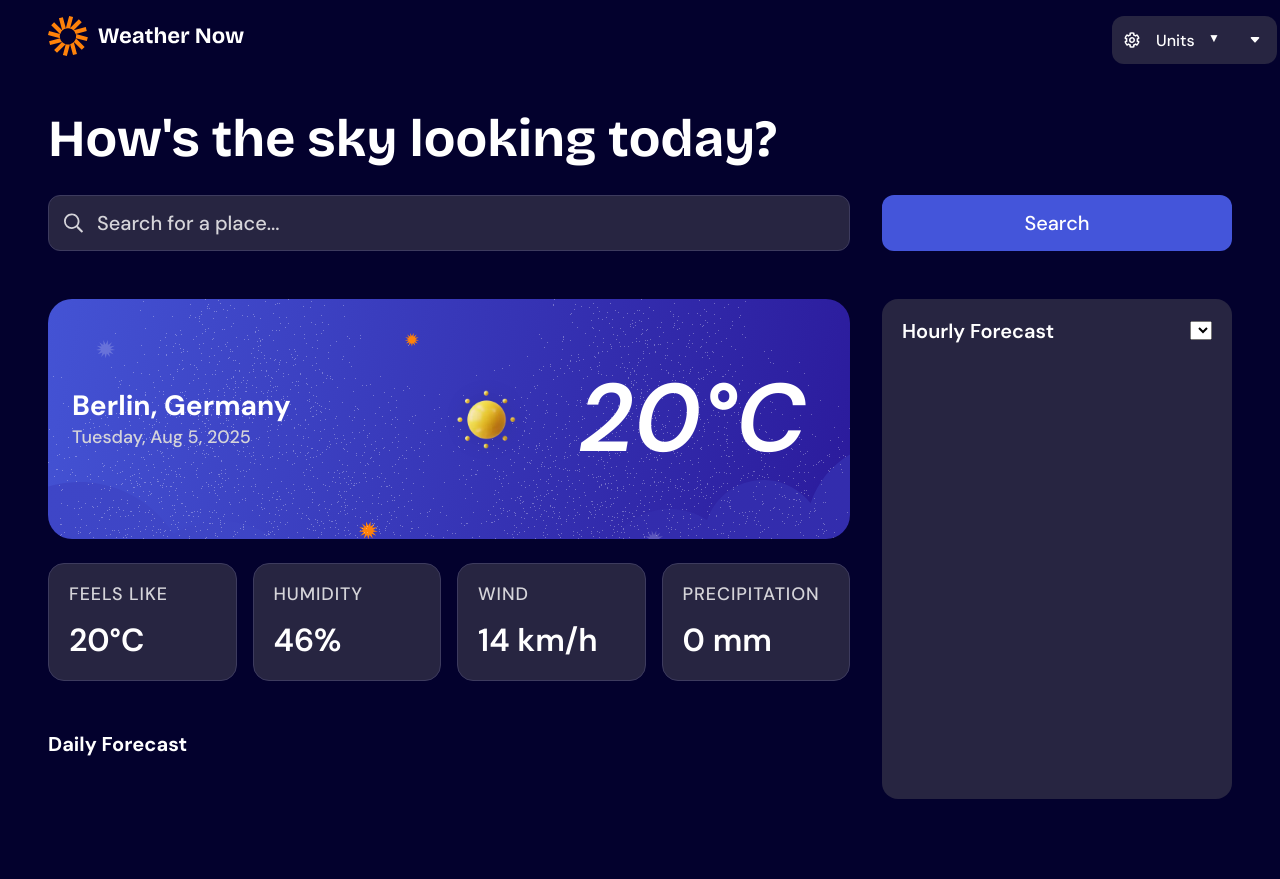
Repository: MKwaak/weather-app-main
Page: index.html
The author's editor kept a copy of each file at every save. The page is drawn from the files as they stood at one save, then again after the next save.
The browser window is 1280 px wide. The pictures show the whole page.
The page's requests for data from a server got no answer.

Above is the page before, as saved 2026-02-01 14:18:38.

After the next save:
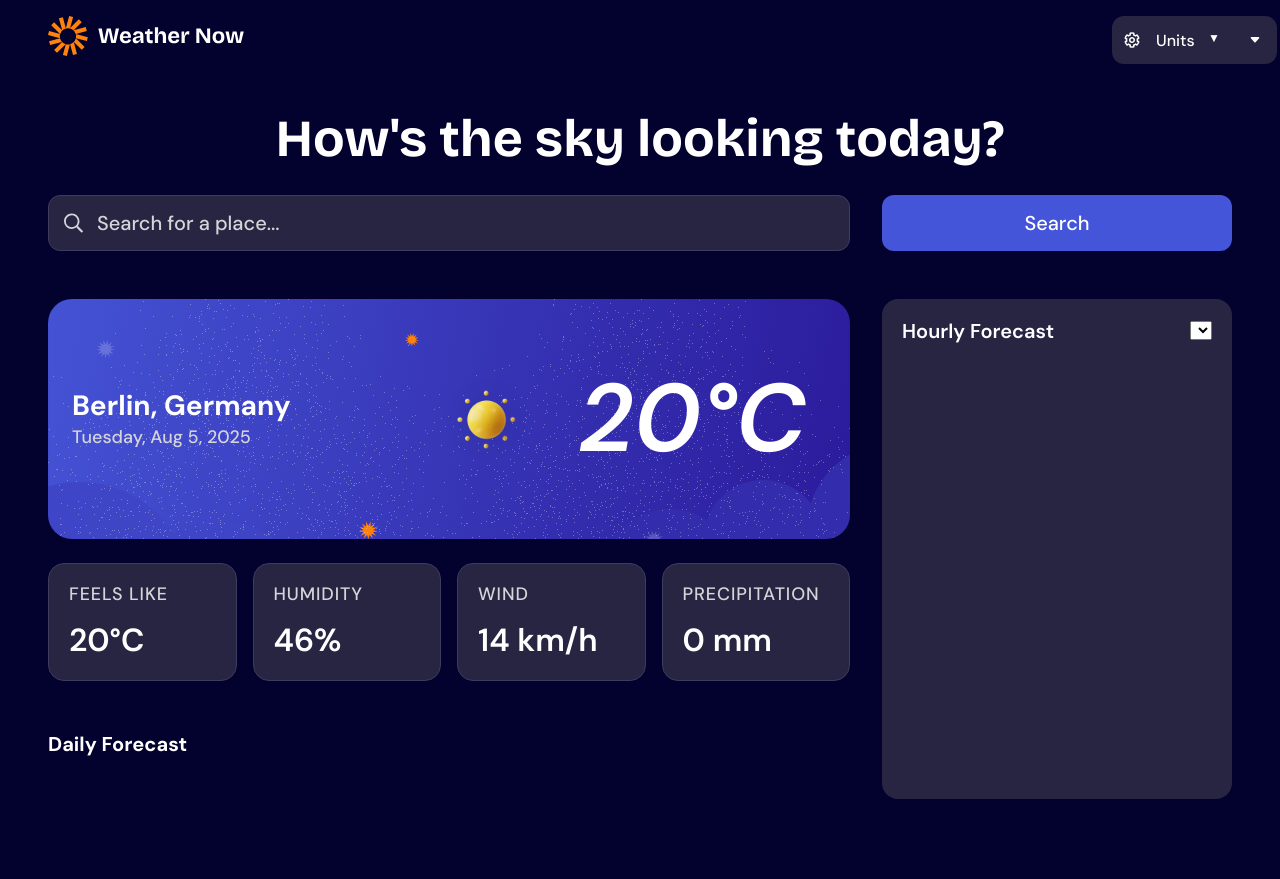
Saved 2 min 9 s later.
--- a/style.css
+++ b/style.css
@@ -342,12 +342,14 @@
 /* 2. De Titel (Links) */
 .hero__title {
   grid-column: 1 / -1; /* Mobiel: volle breedte */
-  text-align: left; /* Of center, wat je voorkeur heeft */
+  text-align: center; /* Of center, wat je voorkeur heeft */
+  width: 100%;
+  margin-bottom: 8px;
   margin: 0;
   font-size: var(--font-size-h1);
 
   @media (min-width: 1000px) {
-    grid-column: 1; /* Desktop: Blijft in de linkerkolom */
+    grid-column: 1 / span 2; /* Over de volle breedte van je 1fr 350px grid */
     margin-bottom: 0;
   }
 }
